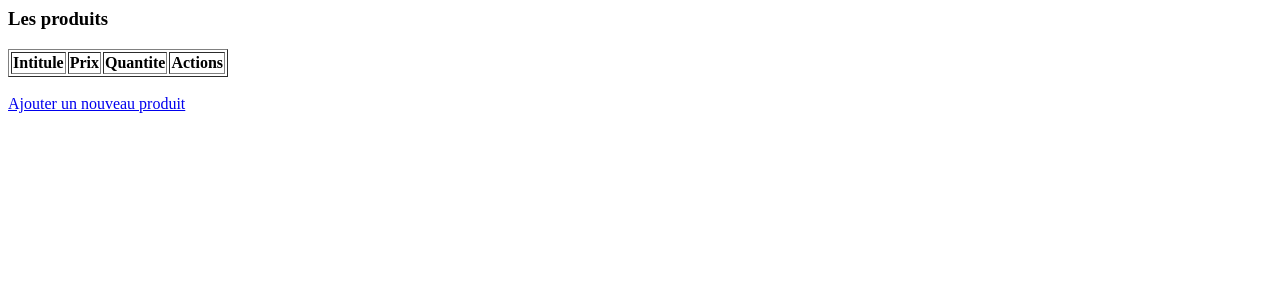
Repository: yamenaissa/j2ee
Page: http://localhost/DeuxiemeTP/Saisir
The author's editor kept a copy of each file at every save. The page is drawn from the files as they stood at one save, then again after the next save.
The browser window is 1280 px wide. The pictures show the whole page.
The page is served by Tomcat 9.

Above is the page before, as saved 2025-03-05 20:36:15.

After the next save:
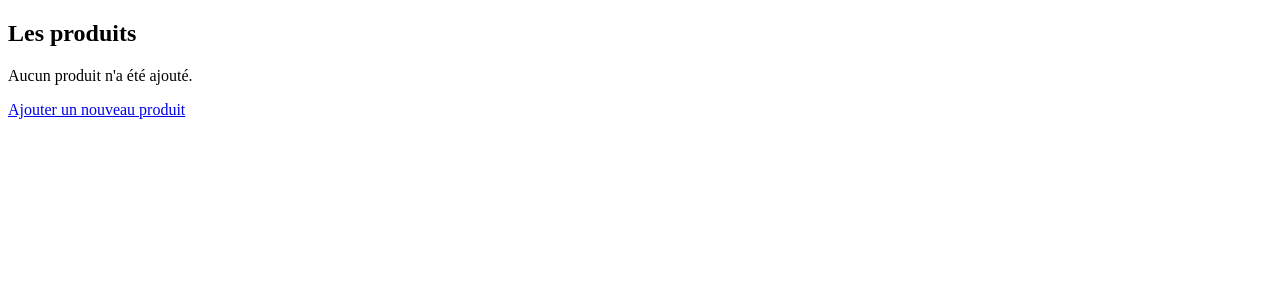
Saved 3 s later.
--- a/DeuxiemeTP/src/controllers/Saisir.java
+++ b/DeuxiemeTP/src/controllers/Saisir.java
@@ -70,27 +70,41 @@ public class Saisir extends HttpServlet {
 
     // Helper method to display the product list with edit and delete links
     private void displayProductList(PrintWriter out, ArrayList<Produit> produits) {
-        out.println("<html><body>");
-        out.println("<h3>Les produits</h3>");
+        out.println("<!DOCTYPE html>");
+        out.println("<html>");
+        out.println("<head>");
+        out.println("<title>Liste des produits</title>");
+        out.println("<link rel=\"stylesheet\" type=\"text/css\" href=\"styles.css\">");
+        out.println("</head>");
+        out.println("<body>");
+        out.println("<div class=\"container\">");
+        out.println("<h2>Les produits</h2>");
 
-        out.println("<table border='1'>");
-        out.println("<tr><th>Intitule</th><th>Prix</th><th>Quantite</th><th>Actions</th></tr>");
+        if (produits.isEmpty()) {
+            out.println("<p>Aucun produit n'a été ajouté.</p>");
+        } else {
+            out.println("<table>");
+            out.println("<tr><th>Intitule</th><th>Prix</th><th>Quantite</th><th>Actions</th></tr>");
 
-        for(int i = 0; i < produits.size(); i++) {
-            Produit p = produits.get(i);
-            out.println("<tr>");
-            out.println("<td>" + p.getIntitule() + "</td>");
-            out.println("<td>" + p.getPrix() + "</td>");
-            out.println("<td>" + p.getQt() + "</td>");
-            out.println("<td>");
-            out.println("<a href='Edit?index=" + i + "'>Editer</a> | ");
-            out.println("<a href='Delete?index=" + i + "'>Supprimer</a>");
-            out.println("</td>");
-            out.println("</tr>");
+            for(int i = 0; i < produits.size(); i++) {
+                Produit p = produits.get(i);
+                out.println("<tr>");
+                out.println("<td>" + p.getIntitule() + "</td>");
+                out.println("<td>" + p.getPrix() + " €</td>");
+                out.println("<td>" + p.getQt() + "</td>");
+                out.println("<td>");
+                out.println("<a href='Edit?index=" + i + "'>Editer</a> | ");
+                out.println("<a href='Delete?index=" + i + "'>Supprimer</a>");
+                out.println("</td>");
+                out.println("</tr>");
+            }
+
+            out.println("</table>");
         }
 
-        out.println("</table>");
-        out.println("<br><a href='SaisirProduit.html'>Ajouter un nouveau produit</a>");
-        out.println("</body></html>");
+        out.println("<p><a href='SaisirProduit.html'>Ajouter un nouveau produit</a></p>");
+        out.println("</div>");
+        out.println("</body>");
+        out.println("</html>");
     }
 }
